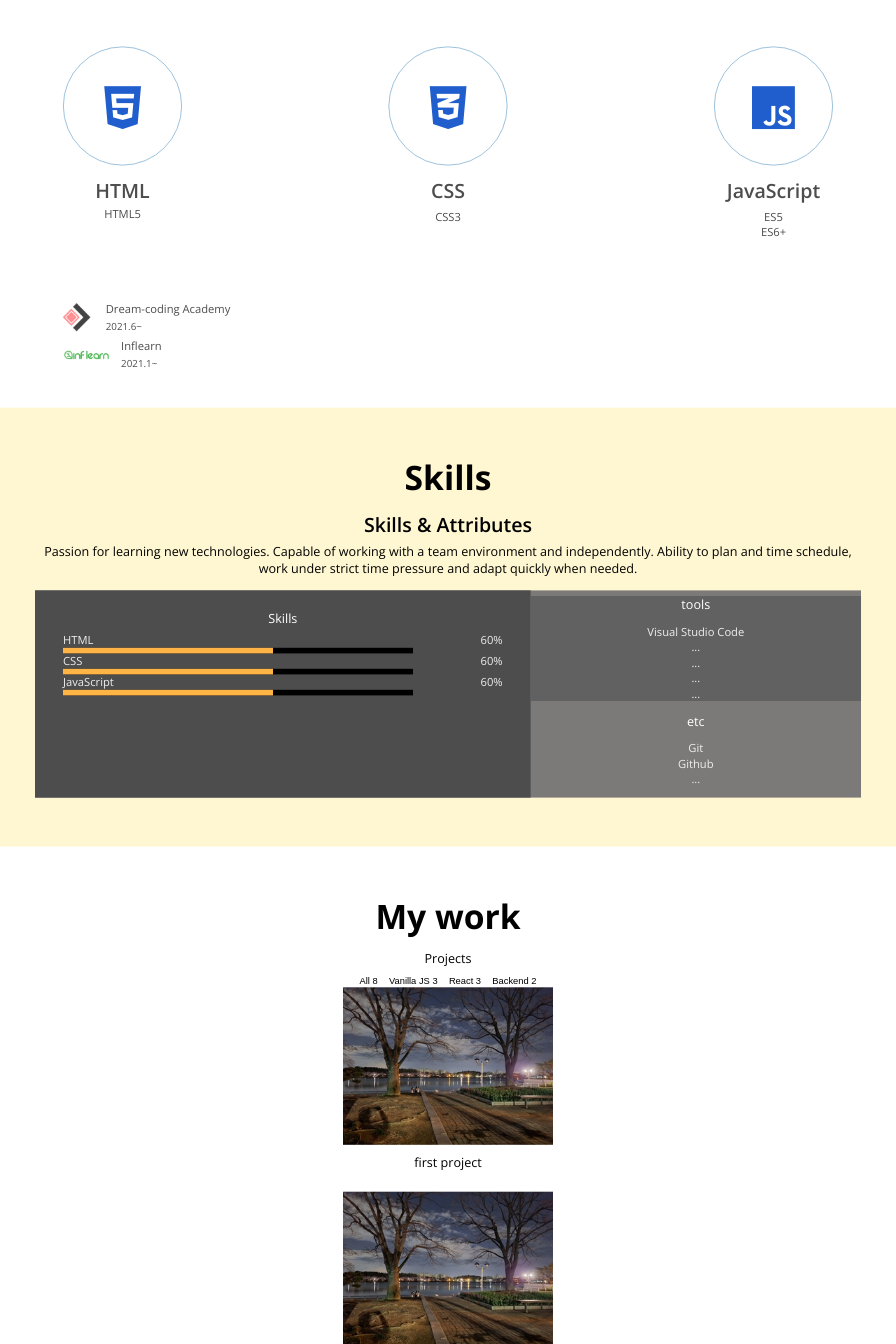
Repository: delphkim/portfolio
Page: index.html
An editor plug-in stored every save of this project. The page is shown before and after the next save, followed by the edit.
The browser window is 1280 px wide. The pictures show the part of the page from y = 969 to 2889 px (the page is 5959 px tall), at 70% of full size.
Some web libraries are served in a nearby version.

Above is the page before, as saved 2021-08-04 13:46:49.

### index.html
<!DOCTYPE html>
<html lang="en">
  <head>
    <meta charset="UTF-8" />
    <meta http-equiv="X-UA-Compatible" content="IE=edge" />
    <meta name="viewport" content="width=device-width, initial-scale=1.0" />
    <title>DevelPhaba's Portfolio</title>
    <meta name="description" content="Portfolio for world-reknowned software engineer develPhaba"/>
    <meta name="author" content="develPhaba" />
    <link rel="icon" type="img/png" href="./imgs/favicon.png">
    <script src="https://kit.fontawesome.com/d2b892ca94.js" crossorigin="anonymous"></script>
    <link rel="preconnect" href="https://fonts.googleapis.com" />
    <link rel="preconnect" href="https://fonts.gstatic.com" crossorigin />
    <link href="https://fonts.googleapis.com/css2?family=Open+Sans:wght@400;600;700&display=swap" rel="stylesheet"/>
    <!-- CSS rules to specify families -->
    <!-- 1. font-family: 'Open Sans', sans-serif;  -->
    <link rel="stylesheet" href="./style.css">
    <script src="./main.js" defer></script>
  </head>
  <body>
    <!-- Navbar -->
    <nav id="navbar">
      <div class="navbar__logo">
        <img class="navbar__icon" src="./imgs/favicon.png" alt="logo">
        <a href="#">develPhaba</a>
      </div>

        <ul class="navbar__menu">
          <li class="navbar__menu__item active">Home</li>
          <li class="navbar__menu__item">About</li>
          <li class="navbar__menu__item">Skills</li>
          <li class="navbar__menu__item">My work</li>
          <li class="navbar__menu__item">Testimonials</li>
          <li class="navbar__menu__item">Contact</li>
        </ul>

    </nav>
    <!-- Home -->
    <section id="home">
      <img src="./imgs/home.jpg"
           alt="develPhabas' profile photo"
           class="home__avatar">
           <h1 class="home__title">Hello, <br>I'm develPhaba</br></h1>
           <h2 class="home__description">Front-end engineer, who wants to be a Full-stack engineer </h2>
           <button class="home__contact">Contact me</button>
    </section>
    <!-- About -->
    <section id="about" class="section section__container">
      <h1>About me</h1>
      <p>I've studied front-end skills.
        <br>After working as a front-end endgineer for several years,
        <br>I want to broaden my skill stack.
      </p>
      <div class="about__majors">
        <div class="major">
          <div class="major__icon">
            <i class="fab fa-html5"></i>
          </div>
          <h2 class="major__title">HTML</>
          <p class="major__description">HTML5</p>
        </div>
        <div class="major">
            <div class="major__icon">
              <i class="fab fa-css3-alt"></i>
            </div>
            <h2 class="major__title">CSS</h2>
            <p class="major__description">CSS3</p>
        </div>
        <div class="major">
          <div class="major__icon">
            <i class="fab fa-js"></i>
          </div>
          <h2 class="major__title">JavaScript</h2>
          <p class="major__description">ES5<br>ES6+</p>
        </div>
      </div>
      <div class="about__schools">
        <div class="school">
          <img src="./imgs/schools/dream-coding.png" alt="dream-coding" class="school__logo">
          <div class="school__description">
             <p class="school__title">Dream-coding Academy</p>
             <p class="school__years">2021.6~</p>
          </div>
        </div>
        <div class="school">
          <img src="./imgs/schools/inflearn.png" alt="inflearn" class="school__logo">
          <div class="school__description">
             <p class="school__title">Inflearn</p>
             <p class="school__years">2021.1~</p>
          </div>
        </div>
      </div>

    </section>
    <!-- Skills -->
     <section id="skills" class="section">
       <div class="section__container">
           <h1>Skills</h1>
  <h2>Skills & Attributes</h2>
  <p>
    Passion for learning new technologies. Capable of working with a team environment
    and independently. Ability to plan and time schedule, work under
    strict time pressure and adapt quickly when needed.
  </p>
  <div class="skillset">
    <div class="skillset__left">
      <h3 class="skillset__title">Skills</h3>
      <div class="skill">
        <div class="skill__description">
          <span>HTML</span>
          <span>60%</span>
        </div>
        <div class="skill__bar">
          <div class="skill__value"></div>
        </div>
      </div>
      <div class="skill">
        <div class="skill__description">
          <span>CSS</span>
          <span>60%</span>
        </div>
        <div class="skill__bar">
          <div class="skill__value"></div>
        </div>
      </div>
      <div class="skill">
        <div class="skill__description">
          <span>JavaScript</span>
          <span>60%</span>
        </div>
        <div class="skill__bar">
          <div class="skill__value"></div>
        </div>
      </div>
    </div>
    <div class="skillset__right">
      <div class="tools">
        <h3 class="skillset__title">tools</h3>
        <ul class="tools__list">
          <li><span>Visual Studio Code</span></li>
          <li><span>...</span></li>
          <li><span>...</span></li>
          <li><span>...</span></li>
          <li><span>...</span></li>
        </ul>
      </div>
      <div class="etc">
        <h3 class="skillset__title">etc</h3>
        <ul class="ect__list">
          <li><span>Git</span></li>
          <li><span>Github</span></li>
          <li><span>...</span></li>
        </ul>
      </div>
    </div>
  </div>
       </div>
    </section>
   <!-- Work -->
    <section id="work" class="section">
      <h1>My work</h1>
      <h3>Projects</h3>
      <div class="work__categories">
        <button class="category__btn">All <span class="category__count">8</span></button>
        <button class="category__btn">Vanilla JS <span class="category__count">3</span></button>
        <button class="category__btn">React <span class="category__count">3</span></button>
        <button class="category__btn">Backend <span class="category__count">2</span></button>
      </div>
      <div class="work__projects">
        <a href="https://github.com/develPhaba/test"
           class="project"
           targe="blank">
           <img class="project__img" src="./imgs/projects/1.jpg" alt="one">
           <div class="project__description">
             <h3>first project</h3>
             <span>Clone coding with HTML and CSS</span>
           </div>
        </a>
        <a href="https://github.com/develPhaba/test"
           class="project"
           target="blank">
           <img class="project__img" src="./imgs/projects/2.jpg" alt="two">
           <div class="project__description">
            <h3>Second project</h3>
            <span>Clone coding with HTML, CSS and JavaScript</span>
          </div>
        </a>
        <a href="https://github.com/develPhaba/test"
           class="project"
           target="blank">
           <img class="project__img" src="./imgs/projects/3.jpg" alt="three">
           <div class="project__description">
            <h3>third project</h3>
            <span>Clone coding with HTML,CSS and JavaScript</span>
           </div>
        </a>
        <a href="https://github.com/develPhaba/test"
           class="project"
           target="blank">
          <img class="project__img" src="./imgs/projects/4.jpg" alt="four">
          <div class="project__description">
            <h3>fourth project</h3>
            <span>Clone coding,Front-end with React</span>
          </div>
        </a>
        <a href="https://github.com/develPhaba/test"
           class="project"
           target="blank">
          <img class="project__img" src="./imgs/projects/5.jpg" alt="five">
          <div class="project__description">
            <h3>fifth project</h3>
            <span>Clone coding,Front-end with React</span>
          </div>
        </a>
        <a href="https://github.com/develPhaba/test"
           class="project"
           target="blank">
          <img class="project__img" src="./imgs/projects/6.jpg" alt="six">
          <div class="project__description">
            <h3>sixth project</h3>
            <span>Clone coding,Front-end with React</span>
          </div>
        </a>
        <a href="https://github.com/develPhaba/test"
           class="project"
           target="blank">
           <img class="project__img" src="./imgs/projects/7.jpg" alt="seven">
           <div class="project__description">
            <h3>seventh project</h3>
            <span>Clone coding, Back-end with Node.js</span>
           </div>
        </a>
        <a href="https://github.com/develPhaba/test"
           class="project"
           target="blank">
           <img class="project__img" src="./imgs/projects/8.jpg" alt="eight">
           <div class="project__description">
            <h3>eighth project</h3>
            <span>Clone coding, Back-end with Node.js</span>
           </div>
        </a>
      </div>
    </section>
    <!-- Testimonials -->
    <section id="testimonials" class="section">
      <h1>Testimonials</h1>
      <h3>See what they say about me</h3>
      <div class="testimonials">
        <div class="testimonial">
          <img src="./imgs/testimonial/people1.jpg"
               alt="people"
               class="testimonial__avatar">
               <div class="testimonial__speech-bubble">
                 <p>Lorem ipsum dolor sit amet consectetur adipisicing elit. Magnam, vitae.
                   Dolores sit in amet quos. Alias maiores accusantium dolore error illo eligendi,
                   vel sint aperiam nemo soluta debitis deserunt voluptas.</p>
                   <p class="name"><a href="https://github.com/develPhaba/test">TestName</a>/Test company</p>
               </div>
        </div>
        <div class="testimonial">
          <img src="./imgs/testimonial/people2.jpg"
               alt="people"
               class="testimonial__avatar">
               <div class="testimonial__speech-bubble">
                <p>Lorem ipsum dolor sit amet consectetur adipisicing elit. Magnam, vitae.
                  Dolores sit in amet quos. Alias maiores accusantium dolore error illo eligendi,
                  vel sint aperiam nemo soluta debitis deserunt voluptas.</p>
                <p class="name"><a href="https://github.com/develPhaba/test">TestName2</a>/Test company2</p>
              </div>
        </div>
      </div>
    </section>
    <!-- Contact -->
    <section id="contact" class="section">
      <h1 class="contact__title">Let's talk</h1>
      <h2 class="contact__email">hgkim9201@gmail.com</h2>
      <div class="contact__links">
      <a href="https://github.com/develPhaba">
        <i class="fa fa-github"></i>
      </a>
      <a href="">
      <i class="fa fa-linkedin-square"></i>
      </a>
      </div>
      <p class="contact__rights">Dreaming-coding Ellie -All rights reserved</p>
    </section>
  </body>
</html>

### style.css
:root {
  /* Color */
  --color-white: #ffffff;
  --color-light-white: #eeeeee;
  --color-dark-white: #bdbdbd;
  --color-pink: #fe918d;
  --color-dark-pink: #ff6863;
  --color-dark-grey: #4d4d4d;
  --color-grey: #616161;
  --color-light-grey: #7c7979;
  --color-blue: #73aace;
  --color-yellow: #fff7d1;
  --color-orange: #feb546;
  --color-black: #000000;
  --color-green: #80deea;
  --color-sky-blue: #2979ff;
  --color-dark-blue: rgb(31, 94, 204);
  /* Font size */
  --font-large: 48px;
  --font-medium: 28px;
  --font-regular: 18px;
  --font-small: 16px;
  --font-micro: 14px;
  /* Font weight */
  --weight-bold: 700;
  --weight-semi-bold: 600;
  --weight-regular: 400;
  /* Size */
  --size-border-radius: 4px;
  /*Animation*/
  --animation-duration: 300ms;
}
/* Universal tags */
* {
  box-sizing: border-box;
}
body {
  font-family: "Open Sans", sans-serif;
  margin: 0;
  cursor: default;
}
a {
  text-decoration: none;
  color: var(--color-white);
}
ul {
  list-style: none;
  padding-left: 0;
}
h1 {
  font-size: var(--font-large);
  font-weight: var(--weight-bold);
  color: var(--color-black);
  margin: 16px 0;
}
h2 {
  font-size: var(--font-medium);
  font-weight: var(--weight-semi-bold);
  color: var(--color-black);
  margin: 8px 0;
}
h3 {
  font-size: var(--font-regular);
  font-weight: var(--weight-regular);
  color: var(--color-black);
  margin: 8px 0;
}
p {
  font-size: var(--font-regular);
  font-weight: var(--weight-regular);
  color: var(--color-black);
  margin: 4px 0;
}
button {
  background-color: transparent;
  cursor: pointer;
  border: none;
  outline: none;
}
/* Navbar */
#navbar {
  display: flex;
  justify-content: space-between;
  background-color: var(--color-sky-blue);
  align-items: center;
  color: var(--color-white);
  padding: 16px;
}
.navbar__logo {
  font-size: var(--font-medium);
  font-weight: var(--weight-semi-bold);
}
.navbar__icon {
  width: var(--font-medium);
  height: var(--font-medium);
}
.navbar__menu {
  display: flex;
}
.navbar__menu__item {
  padding: 8px 12px;
  margin: 0 4px;
  cursor: pointer;
  border-radius: var(--size-border-radius);
}
.navbar__menu__item:hover {
  background-color: var(--color-dark-blue);
}
.navbar__menu__item.active {
  border: 1px solid var(--color-white);
}
/*Home*/
#home {
  background: url(./imgs/homepage-background.png) center/cover no-repeat;
  padding: 40px;
  text-align: center;
}
.home__avatar {
  width: 250px;
  height: 250px;
  border-radius: 50%;
  border: 2px solid var(--color-light-white);
}
.home__title,
.home__description {
  color: var(--color-white);
}
.home__contact {
  color: var(--color-white);
  font-size: var(--font-regular);
  font-weight: var(--weight-bold);
  margin: 24px;
  padding: 8px 12px;
  border: 2px solid var(--color-white);
  border-radius: var(--size-border-radius);
}
/* Section common */
.section {
  text-align: center;
  padding: 50px;
  margin: auto;
}
.section__container {
  max-width: 1200px;
  margin: auto;
}
/* About me */
.about__majors {
  display: flex;
  justify-content: space-between;
  margin: 80px 0;
}
.major__icon {
  color: var(--color-dark-blue);
  font-size: 70px;
  width: 170px;
  height: 170px;
  line-height: 170px;
  margin: auto;
  border: 1px solid var(--color-blue);
  border-radius: 50%;
  margin-bottom: 16px;
}
.major__title,
.major__description {
  color: var(--color-dark-grey);
}
.major__description {
  font-size: var(--font-small);
}
.major__icon i {
  transition: all var(--animation-duration) ease;
}
.major__icon:hover i {
  transform: rotate(-30deg) scale(1.1);
  color: var(--color-dark-pink);
}
.school {
  display: flex;
  align-items: center;
}
.school__description {
  margin: 0 16px;
  text-align: left;
}
.school__title,
.school__years {
  color: var(--color-dark-grey);
}

.school__title {
  font-size: var(--font-small);
}
.school__years {
  font-size: var(--font-micro);
}
/* Skills */
#skills {
  background-color: var(--color-yellow);
}
.skillset {
  display: flex;
  background-color: var(--color-light-grey);
  color: var(--color-light-white);
  margin: 20px 0;
}
.skillset__title {
  color: var(--color-white);
}
.skillset__left {
  flex-basis: 60%;
  background-color: var(--color-dark-grey);
  padding: 20px 40px;
}
.skill__description {
  display: flex;
  justify-content: space-between;
}
.skillset__right {
  flex-basis: 40%;
}
.skill__bar {
  width: 500px;
  height: 8px;
  background-color: var(--color-black);
}
.skill__value {
  width: 60%;
  height: 100%;
  background-color: var(--color-orange);
}
.tools {
  background-color: var(--color-grey);
}

Loaded but not shown: main.js (no stored copy; drawn as an empty file)

After the next save:
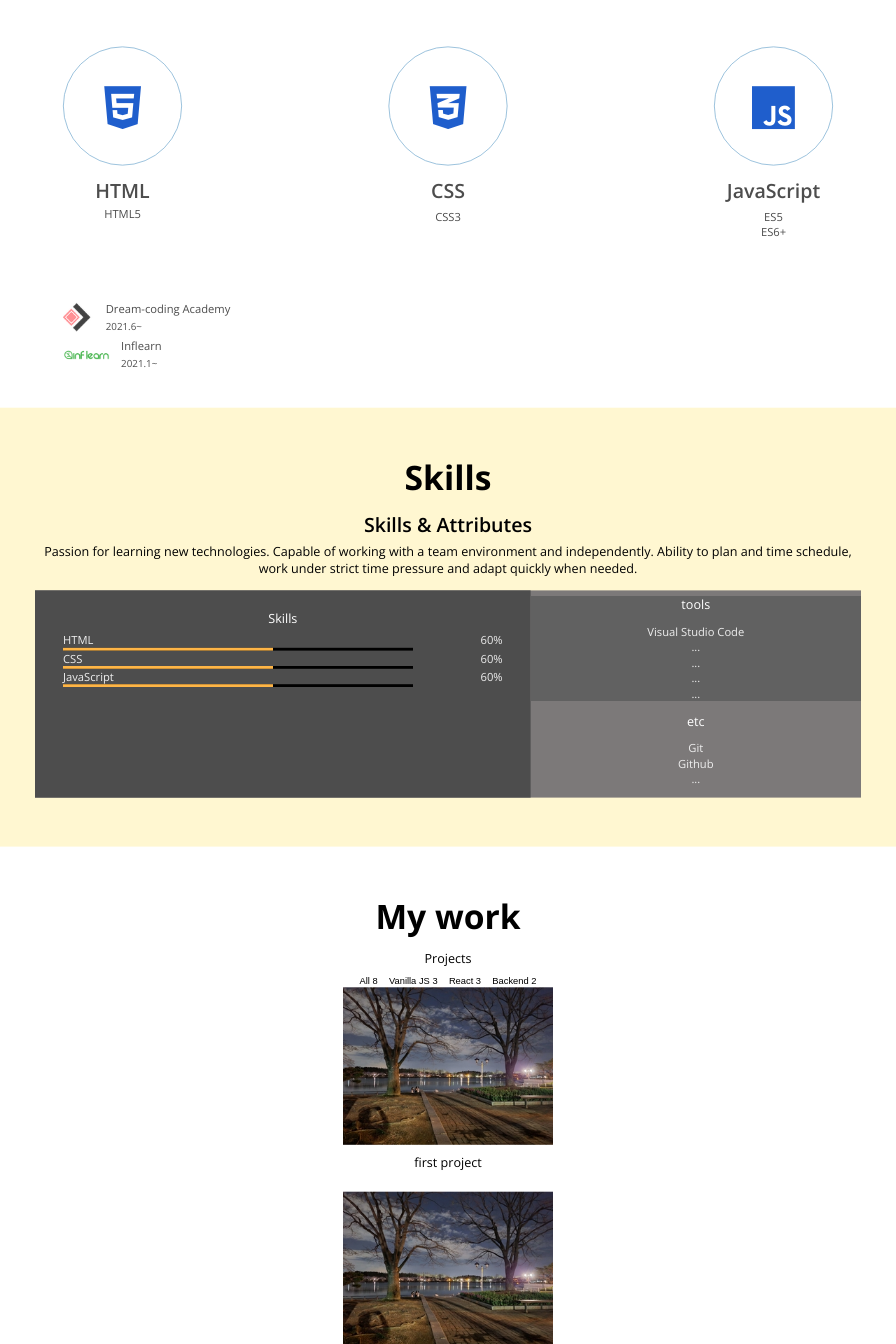
Saved 26 s later.
--- a/style.css
+++ b/style.css
@@ -221,7 +221,7 @@
 }
 .skill__bar {
   width: 500px;
-  height: 8px;
+  height: 4px;
   background-color: var(--color-black);
 }
 .skill__value {
